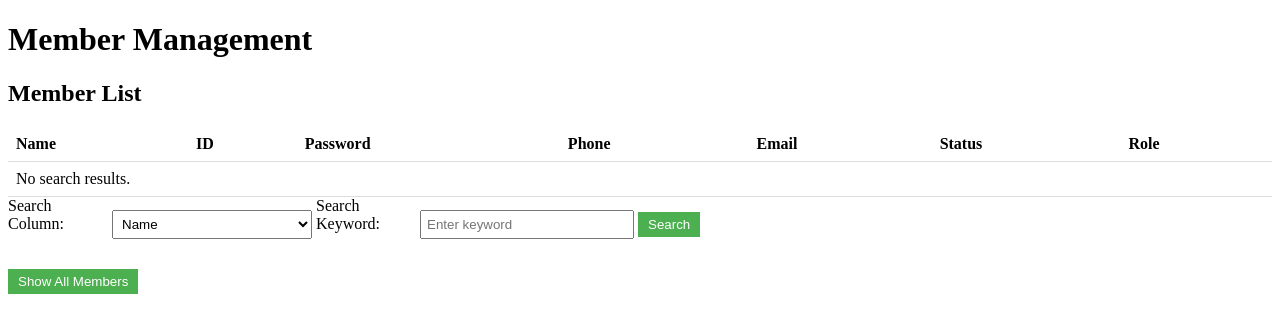
Repository: i-kemen/jsp
Page: http://localhost/WebTest/MemberManagementOKServlet
These files come from the project's save history. The page is drawn as it stood at one moment and after the next save; the edit follows.
The browser window is 1280 px wide. The pictures show the whole page.
The page is served by Tomcat 10.

Above is the page before, as saved 2023-06-27 02:18:44.

After the next save:
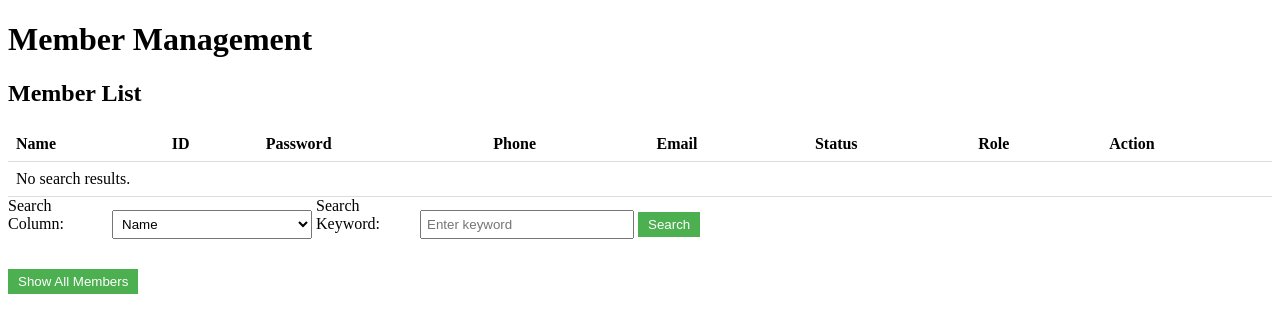
Saved 3 min 0 s later.
--- a/WebTest/src/main/webapp/memberManagement.jsp
+++ b/WebTest/src/main/webapp/memberManagement.jsp
@@ -68,6 +68,7 @@
             <th>Email</th>
             <th>Status</th>
             <th>Role</th>
+            <th>Action</th>
         </tr>
         <% List<MemberDTO> memberList = (List<MemberDTO>) request.getAttribute("memberList");
            if (memberList != null && !memberList.isEmpty()) {
@@ -76,52 +77,47 @@
                        <td><%= member.getName() %></td>
                        <td><%= member.getId() %></td>
                        <td><%= member.getPassword() %></td>
-                       <td><%= maskPhoneNumber(member.getPhone()) %></td>
+                       <td><%= member.getPhone() %></td>
                        <td><%= member.getEmail() %></td>
                        <td><%= member.getMemberStatus() %></td>
                        <td><%= member.getMemberRole() %></td>
+                       <td>
+                           <form method="post" action="ModifyMemberServlet">
+                               <input type="hidden" name="memberId" value="<%= member.getId() %>">
+                               <input type="submit" value="Edit">
+                           </form>
+                       </td>
                    </tr>
                <% }
            } else { %>
                <tr>
-                   <td colspan="7">No search results.</td>
+                   <td colspan="8">No search results.</td>
                </tr>
            <% } %>
     </table>
 
-
-<form method="post" action="MemberManagementOKServlet">
-    <input type="hidden" name="action" value="search">
-    <label for="searchColumn">Search Column:</label>
-    <select name="searchColumn" id="searchColumn">
-        <option value="name">Name</option>
-        <option value="id">ID</option>
-        <option value="password">Password</option>
-        <option value="phone">Phone</option>
-        <option value="email">Email</option>
-        <option value="memberStatus">Status</option>
-        <option value="memberRole">Role</option>
-        <!-- 다른 컬럼들도 추가할 수 있음 -->
-    </select>
-    <label for="searchKeyword">Search Keyword:</label>
-    <input type="text" name="searchKeyword" placeholder="Enter keyword">
-    <input type="submit" value="Search">
-</form>
+    <form method="post" action="MemberManagementOKServlet">
+        <input type="hidden" name="action" value="search">
+        <label for="searchColumn">Search Column:</label>
+        <select name="searchColumn" id="searchColumn">
+            <option value="name">Name</option>
+            <option value="id">ID</option>
+            <option value="password">Password</option>
+            <option value="phone">Phone</option>
+            <option value="email">Email</option>
+            <option value="memberStatus">Status</option>
+            <option value="memberRole">Role</option>
+            <!-- 다른 컬럼들도 추가할 수 있음 -->
+        </select>
+        <label for="searchKeyword">Search Keyword:</label>
+        <input type="text" name="searchKeyword" placeholder="Enter keyword">
+        <input type="submit" value="Search">
+    </form>
 
     <form method="post" action="MemberManagementOKServlet">
         <input type="hidden" name="action" value="allMembers">
         <input type="submit" value="Show All Members">
     </form>
 
-<%!
-    // 마스킹된 연락처를 반환하는 함수
-    public String maskPhoneNumber(String phoneNumber) {
-        if (phoneNumber != null && phoneNumber.startsWith("010-")) {
-            return "010-XXXX-XXXX";
-        }
-        return phoneNumber;
-    }
-%>
-
 </body>
 </html>

After the save that followed:
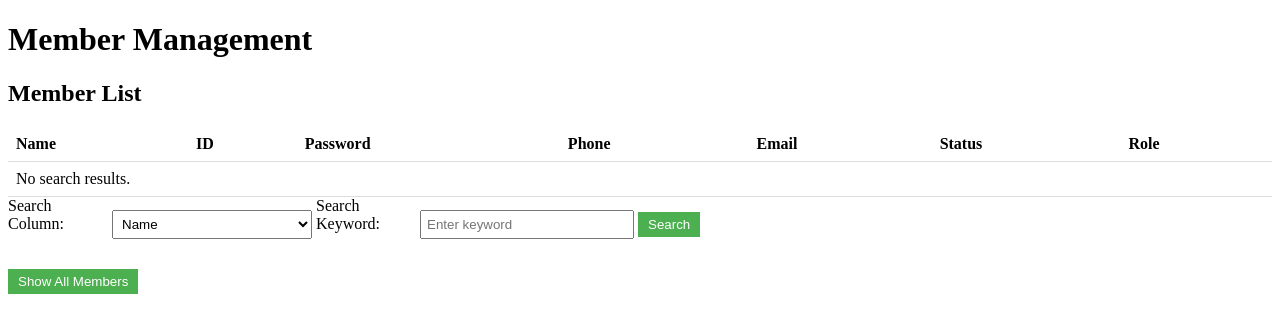
Saved 6 s later.
--- a/WebTest/src/main/webapp/memberManagement.jsp
+++ b/WebTest/src/main/webapp/memberManagement.jsp
@@ -68,7 +68,6 @@
             <th>Email</th>
             <th>Status</th>
             <th>Role</th>
-            <th>Action</th>
         </tr>
         <% List<MemberDTO> memberList = (List<MemberDTO>) request.getAttribute("memberList");
            if (memberList != null && !memberList.isEmpty()) {
@@ -77,47 +76,52 @@
                        <td><%= member.getName() %></td>
                        <td><%= member.getId() %></td>
                        <td><%= member.getPassword() %></td>
-                       <td><%= member.getPhone() %></td>
+                       <td><%= maskPhoneNumber(member.getPhone()) %></td>
                        <td><%= member.getEmail() %></td>
                        <td><%= member.getMemberStatus() %></td>
                        <td><%= member.getMemberRole() %></td>
-                       <td>
-                           <form method="post" action="ModifyMemberServlet">
-                               <input type="hidden" name="memberId" value="<%= member.getId() %>">
-                               <input type="submit" value="Edit">
-                           </form>
-                       </td>
                    </tr>
                <% }
            } else { %>
                <tr>
-                   <td colspan="8">No search results.</td>
+                   <td colspan="7">No search results.</td>
                </tr>
            <% } %>
     </table>
 
-    <form method="post" action="MemberManagementOKServlet">
-        <input type="hidden" name="action" value="search">
-        <label for="searchColumn">Search Column:</label>
-        <select name="searchColumn" id="searchColumn">
-            <option value="name">Name</option>
-            <option value="id">ID</option>
-            <option value="password">Password</option>
-            <option value="phone">Phone</option>
-            <option value="email">Email</option>
-            <option value="memberStatus">Status</option>
-            <option value="memberRole">Role</option>
-            <!-- 다른 컬럼들도 추가할 수 있음 -->
-        </select>
-        <label for="searchKeyword">Search Keyword:</label>
-        <input type="text" name="searchKeyword" placeholder="Enter keyword">
-        <input type="submit" value="Search">
-    </form>
+
+<form method="post" action="MemberManagementOKServlet">
+    <input type="hidden" name="action" value="search">
+    <label for="searchColumn">Search Column:</label>
+    <select name="searchColumn" id="searchColumn">
+        <option value="name">Name</option>
+        <option value="id">ID</option>
+        <option value="password">Password</option>
+        <option value="phone">Phone</option>
+        <option value="email">Email</option>
+        <option value="memberStatus">Status</option>
+        <option value="memberRole">Role</option>
+        <!-- 다른 컬럼들도 추가할 수 있음 -->
+    </select>
+    <label for="searchKeyword">Search Keyword:</label>
+    <input type="text" name="searchKeyword" placeholder="Enter keyword">
+    <input type="submit" value="Search">
+</form>
 
     <form method="post" action="MemberManagementOKServlet">
         <input type="hidden" name="action" value="allMembers">
         <input type="submit" value="Show All Members">
     </form>
 
+<%!
+    // 마스킹된 연락처를 반환하는 함수
+    public String maskPhoneNumber(String phoneNumber) {
+        if (phoneNumber != null && phoneNumber.startsWith("010-")) {
+            return "010-XXXX-XXXX";
+        }
+        return phoneNumber;
+    }
+%>
+
 </body>
 </html>
